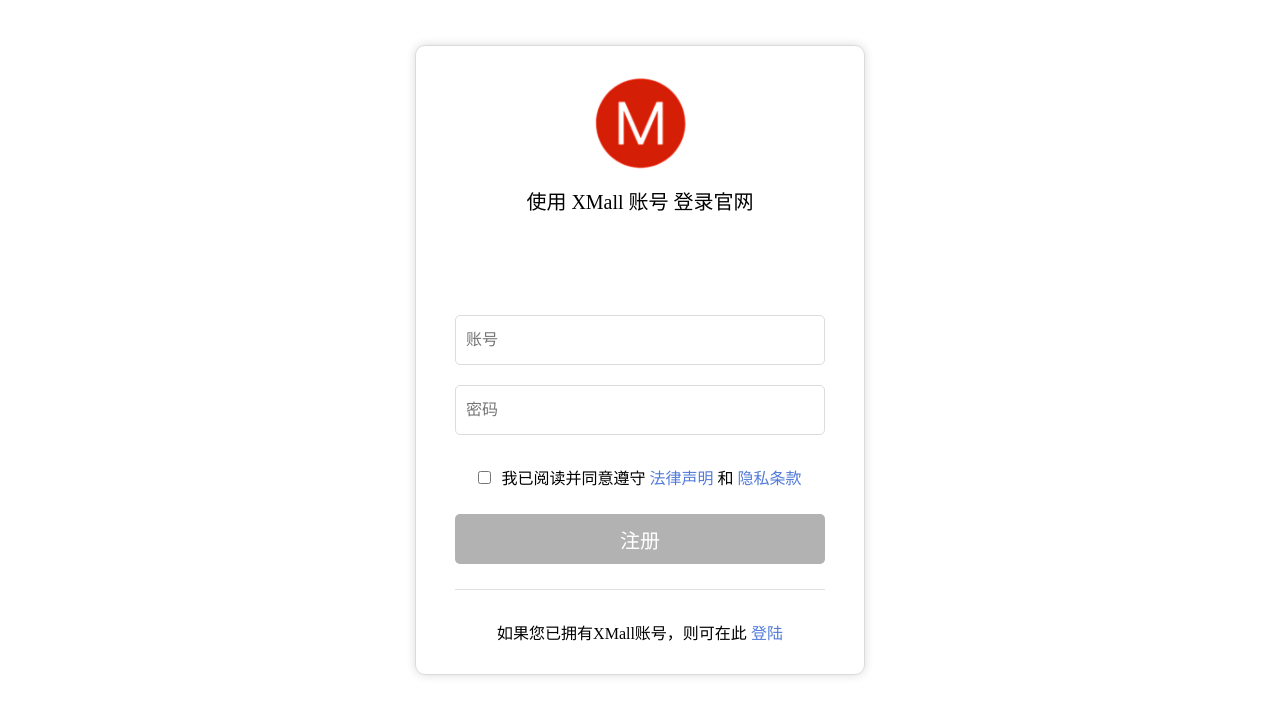
Repository: dingqihui1997/xmall-demo
Page: /signin
An editor plug-in stored every save of this project. The page is shown before and after the next save, followed by the edit.
The browser window is 1280 px wide. The pictures show the whole page.
The project was rebuilt for these pictures with package versions that can differ from the ones it lists, and the page was loaded fresh each time. Also part of the build but not shown: vue.config.js, src/views/Home.vue.

Above is the page before, as saved 2021-06-29 17:40:43.

### src/main.js
import Vue from 'vue'
import App from './App.vue'
import router from './router'
import store from './store'
import ElementUI from 'element-ui';
import 'element-ui/lib/theme-chalk/index.css';
Vue.use(ElementUI);
Vue.config.productionTip = false

new Vue({
  router,
  store,
  render: h => h(App)
}).$mount('#app')

### src/App.vue
<template>
  <div id="app">
    <router-view />
  </div>
</template>

<style lang="scss">
@import "./styles/common";
@import "./styles/ui";
</style>

### src/router/index.js
import Vue from 'vue'
import VueRouter from 'vue-router'
import Home from '../views/Home.vue'

Vue.use(VueRouter)

const routes = [
  {
    path: '/',
    name: 'Home',
    component: Home
  },
  {//登录
    path: '/signin',
    name: 'Signin',
    component: () => import('../components/signin/Signin.vue')
  },
  {//注册
    path: '/register',
    name: 'Register',
    component: () => import('../components/register/Register.vue')
  },


]

const router = new VueRouter({
  mode: 'history',
  base: process.env.BASE_URL,
  routes
})

export default router

### src/styles/common.scss
 * {
     margin: 0;
     padding: 0;
 }

 .center {
     //居中显示
     margin: auto;
     position: absolute;
     top: 0;
     bottom: 0;
     left: 0;
     right: 0;
 }

 * {
     box-sizing: border-box;
 }

 .wi100 {
     width: 100%;
 }

 .hei100 {
     height: 100%;
 }

 .pflex {
     position: fixed;
     /* 固定定位 */
 }

 .flex {
     display: flex;
 }

 .flex-wrap {
     /* 子元素换行排列 */
     display: flex;
     flex-wrap: wrap;
     align-items: center;
 }

 .flex-j {
     display: flex;
     justify-content: center;
     /* 水平方向居中 */
 }

 .flex-a {
     display: flex;
     align-items: center;
     /* 垂直方向居中 */
 }

 .flex-ja {
     /* felx-ja 垂直水平方向居中 */
     display: flex;
     align-items: center;
     justify-content: center;
 }

 .flex-sb {
     /* flex-sb 子元素两边排列 */
     display: flex;
     justify-content: space-between;
 }

 .flex-sba {
     /* flex-sb 子元素两边排列 bing居中 */
     display: flex;
     justify-content: space-between;
     align-items: center;
 }

 .flex-d {
     /* z子元素竖向排列 */
     display: flex;
     flex-direction: column;
 }

 .flex-di {
     /* 子元素竖向排列并居中 */
     display: flex;
     flex-direction: column;
     align-items: center;
 }

 .flex-dj {
     /* 子元素竖向排列并居中 */
     display: flex;
     flex-direction: column;
 }

 .flex-dji {
     /* 子元素竖向排列并水平垂直居中 */
     display: flex;
     flex-direction: column;
     align-items: center;
     justify-content: center;
 }

 .pad-t10 {
     padding-top: 10px;
 }

 .pad-t15 {
     padding-top: 15px;
 }

 .margin-r55 {
     margin-right: 55px;
 }

 .marginauto {
     margin: 0 auto;
 }

 .img100 {
     width: 100%;
     height: 100%;
 }

 .img50 {
     width: 50%;
     height: 50%;
 }

 .imgh100 {
     height: 100%;
 }

 .img45 {
     width: 45%;
     height: 45%;
 }

 .img80 {
     width: 80%;
     height: 80%;
 }

 .font20 {
     font-size: 20px;
 }

 .font18 {
     font-size: 18px;
 }

 .font16 {
     font-size: 16px;
 }

 .font14 {
     font-size: 14px;
 }

 .font12 {
     font-size: 12px;
 }

 .flex1 {
     flex: 1;
 }

 .flex2 {
     flex: 1.5;
 }

 .color30 {
     color: #000000;
 }

 .color3f {
     /* 白色 */
     color: #fff;
 }

 .margin-t10 {
     margin-top: 10px;
 }

 .margin-t5 {
     margin-top: 5px;
 }

 .margin-t20 {
     margin-top: 20px;
 }

 .margin-r5 {
     margin-right: 5px;
 }

 .margin-r15 {
     margin-right: 15px;
 }

 .margin-r10 {
     margin-right: 10px;
 }

 .margin-r20 {
     margin-right: 20px;
 }

 .margin-r30 {
     margin-right: 30px;
 }

 .margin-l10 {
     margin-left: 10px;
 }

 .margin-l20 {
     margin-left: 20px;
 }

 .margin-b10 {
     margin-bottom: 10px;
 }

 .text-de {
     /* 有下划线 */
     text-decoration: underline;
 }

 .text-li {
     text-decoration: line-through;
     /* 删除线 */
 }

 .font-w7 {
     /* 加粗 */
     font-weight: 700;
 }

 .fontstyle-i {
     /* 斜体 */
     font-style: italic;
 }

 .shuoming {
     position: relative;
     top: 55px
 }

 .textr {
     text-align: right;
 }

### src/styles/ui.scss
.login {
    .el-input__inner {
        width: 370px;
        height: 50px;
    }

    .el-input__suffix {
        position: absolute;
        right: 50px;
    }

    .el-input {
        position: relative;
    }
}

### src/components/signin/Signin.vue
<template>
  <!-- 登录页面 -->
  <div class="one">
    <div class="box center flex-d login">
      <div class="top">
        <div class="flex-ja"><img src="../../assets/log1.png" alt="" /></div>
        <div class="flex-ja">使用 XMall 账号 登录官网</div>
      </div>
      <!-- 账号 -->
      <div class="flex-ja name">
        <input type="text" placeholder="账号" class="ipt" v-model="username" />
      </div>
      <!-- 密码 -->
      <div class="flex-ja name">
        <input
          type="password"
          placeholder="密码"
          class="ipt"
          v-model="password"
        />
      </div>
      <div class="flex-ja choice">
        <input type="checkbox" class="inpt" v-model="checked" />
        我已阅读并同意遵守<span>&nbsp;法律声明&nbsp;</span>和<span
          >&nbsp;隐私条款</span
        >
      </div>
      <div class="flex-ja regis">
        <!-- 动态绑定属性，最先是true禁用状态 -->
        <button
          :disabled="flag"
          :class="{ back: flag === false }"
          @click="goto"
        >
          注册
        </button>
      </div>
      <div class="flex-ja">
        <div class="bottom flex-ja">
          如果您已拥有XMall账号，则可在此<span>&nbsp;登陆</span>
        </div>
      </div>
    </div>
  </div>
</template>

<script>
import axios from "axios";
export default {
  name: "",
  props: {},
  data() {
    return {
      username: "",
      password: "",
      Repeat: "",
      flag: true, //最开始禁用按钮
      checked: false,
    };
  },
  components: {},
  methods: {
    goto() {
      if (this.checked === false) {
        this.$message.error("您未勾选同意我们的相关注册协议");
      }
      if (this.password !== this.Repeat) {
        this.$message.error("两次输入的密码不相同");
      }
      if (this.password === this.Repeat && this.checked === true) {
        axios
          .post("/api/users/register", {
            username: this.username,
            password: this.password,
          })
          .then((res) => {
            console.log(res);
          })
          .catch((err) => {
            console.log("请求失败", err);
          });
      }
    },
  },
  mounted() {},
  computed: {},
  watch: {
    username(val) {
      this.username = val;
    },
    password(val) {
      this.password = val;
    },
    Repeat(val) {
      //账号和密码都输入了内容后，然后就不禁用button
      this.Repeat = val;
      if (this.username !== "" && this.password !== "" && val !== "") {
        this.flag = false;
        // console.log(val);
      } else {
        this.flag = true;
      }
    },
  },
};
</script>

<style lang='scss' scoped>
.box {
  width: 450px;
  height: 630px;
  border: 1px solid #dadada;
  border-radius: 10px;
  box-shadow: 0 0 10px #dadada;
}
.one {
  height: 100vh;
}
.top {
  height: 240px;
  font-size: 20px;
  margin-bottom: 35px;
  padding-top: 25px;
}
.top img {
  margin-bottom: 10px;
}
.ipt {
  width: 370px;
  height: 50px;
  outline: none;
  border: 1px #dcdcdc solid;
  border-radius: 5px;
  padding-left: 10px;
  font-size: 16px;
}
button {
  margin: 25px 0px;
  width: 370px;
  height: 50px;
  border-radius: 5px;
  border: none;
  color: #fff;
  font-size: 20px;
  background-color: #b2b2b2; //最开始设置成灰色背景颜色
}

span {
  color: #527bd9;
}

.name {
  margin-top: 10px;
  margin-bottom: 10px;
  text-align: center;
}
.choice {
  margin-top: 20px;
}
.regis {
  padding: 0 35px;
}
.inpt {
  margin-right: 10px;
}
.bottom {
  width: 370px;
  border-top: 1px #e0e0df solid;
  padding: 30px 0;
}
.back {
  background-color: #5f86e4; //当按钮不禁用的时候就显示蓝色，然后添加hover的效果
  &:hover {
    background-color: #6283cf;
  }
}
</style>

Loaded but not shown: public/index.html (common file); src/store/index.js (common file)

After the next save:
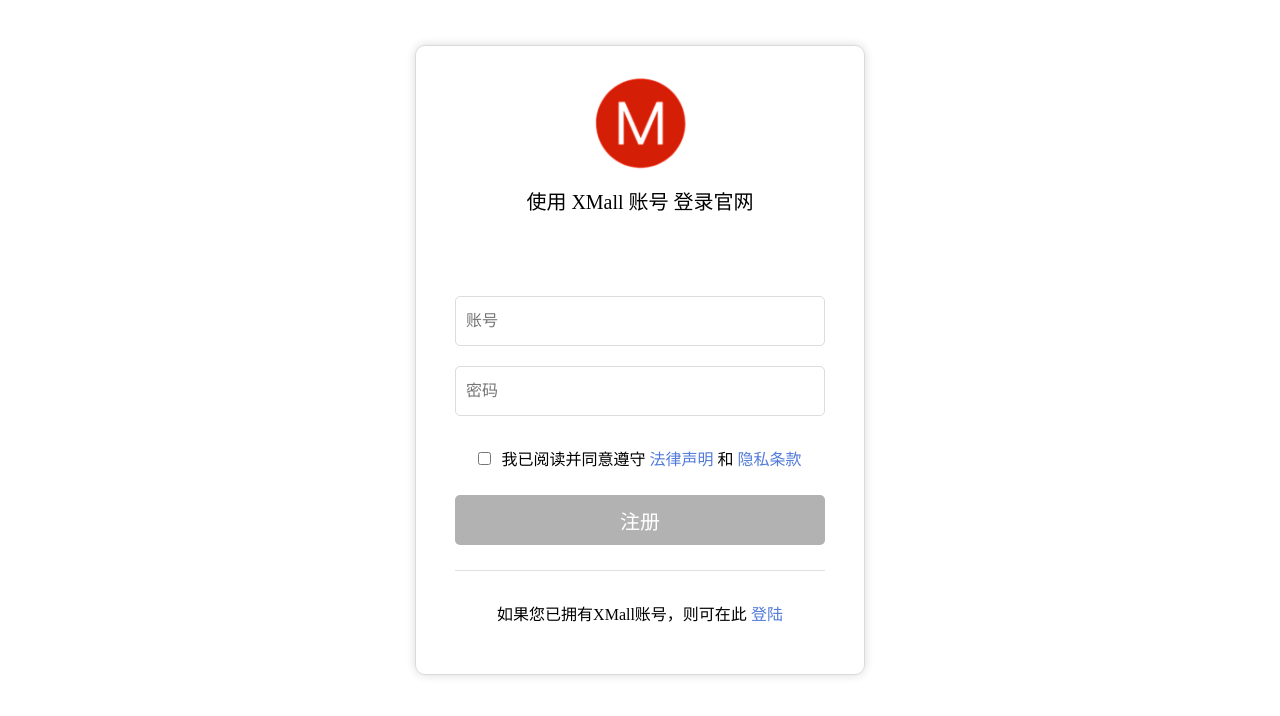
Saved 33 s later.
--- a/src/components/signin/Signin.vue
+++ b/src/components/signin/Signin.vue
@@ -119,7 +119,7 @@
 .top {
   height: 240px;
   font-size: 20px;
-  margin-bottom: 35px;
+  //   margin-bottom: 35px;
   padding-top: 25px;
 }
 .top img {
